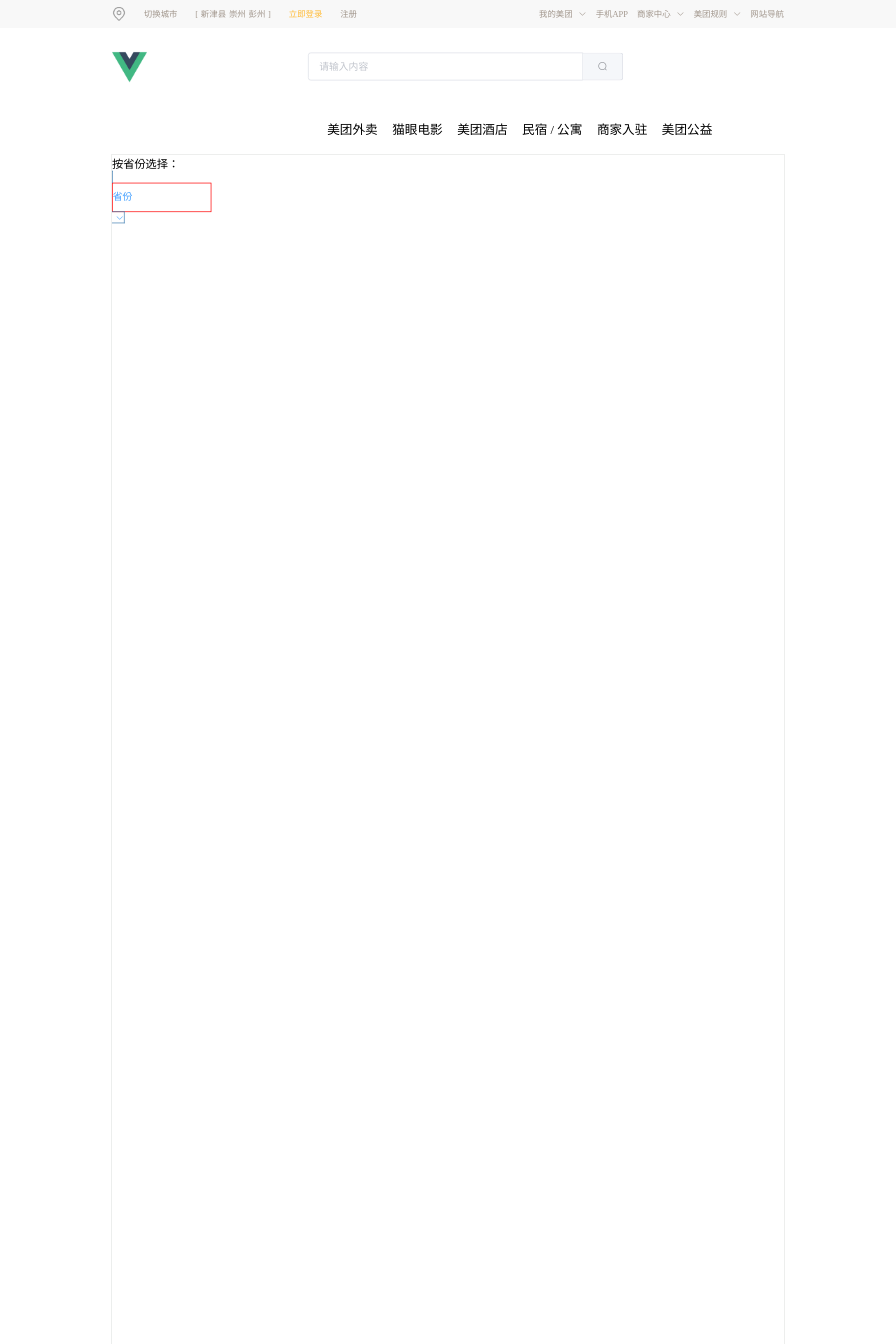
Repository: Wu-Tong-Xian/EasyMeituan
Page: /citySelection
An editor plug-in stored every save of this project. The page is shown before and after the next save, followed by the edit.
The browser window is 1280 px wide. The pictures show the part of the page from y = 0 to 1920 px (the page is 2764 px tall), at 70% of full size.
The page's requests for data from a server got no answer. The project was rebuilt for these pictures with package versions that can differ from the ones it lists, and the page was loaded fresh each time. No one was signed in, and anything a server would have sent is missing. Also part of the build but not shown: vue.config.js, src/components/home/sortingRotations.vue, src/components/home/stylish.vue, src/views/Home.vue.

Above is the page before, as saved 2020-08-25 10:27:14.

### src/main.js
import Vue from 'vue'
import App from './App.vue'
import router from './router'
import store from './store'
import api from './http/api'  //引入http 里封装的api
// 因为封装了axios 在http引入了
// import axios from 'axios'//引入axios
// Vue.prototype.$axios = axios;//把axios挂载到vue上
// import '@/iconfont/iconfont.js';/*引入iconfont图标*/

// 引入element ui
import ElementUI from 'element-ui';
import 'element-ui/lib/theme-chalk/index.css';

Vue.config.productionTip = false
Vue.prototype.$api =api    //引入封装的http 下API
Vue.use(ElementUI);

new Vue({
  router,
  store,
  render: h => h(App)
}).$mount('#app')

### src/App.vue
<template>
  <div id="app">
    <router-view/>

  </div>
</template>

<style lang="scss">
@import "./style/components";
</style>

### src/router/index.js
import Vue from 'vue'
import VueRouter from 'vue-router'
import Home from '../views/Home.vue'
import layout from '../views/layout/layout.vue'

Vue.use(VueRouter)

  const routes = [
    {
      path:'/home',
      redirect:'/'
    },
  {
    path: '/',
    name: 'layout',
    component: layout,
    children:[{
      path:'',
      name:'/home',
      component:Home,
      meta:{
        title:'首页',
      },
    },
    {
      path: '/citySelection',
      name: 'citySelection',
      component: () => import( '../views/citySelection/citySelection.vue'),
      meta:{
        title:'城市选择',
      },
    },

  ]
  },
  {
    path: '/login',
    name: 'login',
    component: () => import(/* webpackChunkName: "about" */ '../views/login/login'),
    meta:{
      title:'登录页',
    },
  },
  {
    path: '/phoneApp',
    name: 'phoneApp',
    component: () => import(/* webpackChunkName: "about" */ '../views/phoneApp/phoneApp'),
    meta:{
      title:'手机App',
    },
  },
  {
    path: '/register',
    name: 'register',
    component: () => import(/* webpackChunkName: "about" */ '../views/register/register'),
    meta:{
      title:'注册',
    },
  },
  {
    path:'*',
    component: () => import(/* webpackChunkName: "about" */ '../views/err/err'),
  }

]

const router = new VueRouter({
  mode: 'history',
  base: process.env.BASE_URL,
  routes
})


//  设置 白名单： 登陆 注册  找回密码/
// let whitePath = [ '/login','/register','/findPwd']
// // let whitePath = [ '/login']

router.beforeEach((to,from,next) =>{
//   // 通过路由源信息（meta（写在路由后 在上面））给浏览器绑定名字
  document.title =to.meta.title
//   let user =JSON.parse(localStorage.getItem('user'))
//   // 如果用户跳转的就是登录页面就让他直接去
//   // 设置了白名单 这里就可以修改为
//   if(whitePath.includes(to.path)) {
//   // if(to.path === '/login') {
    next()
//   }else {
//     // 如果有user就让他调转其他页面 否则就调转到本页面
//       user ? next() : next('/login')
//     }
})


export default router

### src/http/api.js
// import api from './http/api'  //需要在main.js 里面引入 里封装的api
// Vue.prototype.$api =api      //需要在main.js 里面引入 里封装的api

//是用来封装所有的请求
import service from "./index" //http 下面叫index的 必须省略index.js
// import { get } from "core-js/fn/dict"
// import { get } from "core-js/fn/dict"

// export default{} 里面所有的属性就是请求方法
export default {
  // 3. 分类查询(get)   /classification?mallSubId=${id}   参数:  id:默认分类的id
  getClassification(id) {
    return service.get(`/classification?mallSubId=${id}`)
  },
  // 14. 获取用户信息(post) /queryUser
  getqueryUser() {
    return service.post(`queryUser`)
  },
  // 15. 修改保存用户信息(post) //saveUser 参数: gender:性别 year:年 month:月 day:日 id:用户id nickname:昵称
  getsaveUser({    gender,    year,    month,    day,    id,    nickname
  }) {
    return service.post('saveUser', {  gender,  year,  month, day, id,  nickname
    })
  },
  // 16. 查询用户订单数量(get)  // /myOrder/orderNum
  getorderNum() {
    return service.get(`/myOrder/orderNum`)
  },
// 上面是pc 发请求get(有参数跟没参数示例) post(有参数,跟没参数)

  // ###  获取定位  ```js   http://localhost:8888/position ```
  getposition() {
    return service.get(`/position`)
  },

  // ### 获取所有省份 ```js   http://localhost:8888/province```
  getProvince() {
    return service.get(`/province`)
  },

  // ### 获取省份所有城市  http://localhost:8888/citys/省份id
  getCitys(id) {
    return service.get(`/citys?id=${id}`)
  },

  // ### 获取城市具体信息  ``` js   http://localhost:8888/crumbs?city=城市名
  getcrumbs(city) {
    return service.get(`/crumbs?city=${city}`)
  },

  // ### 省市关联   http://localhost:8888/city
  getcity() {
    return service.get(`/city`)
  },

  // ### 热门城市   http://localhost:8888/hotCity
  gethotCity() {
    return service.get(`/hotCity`)
  },
  // ### 全部分类   http://localhost:8888/menu
  getmenu() {
    return service.get(`/menu`)
  },
  // ### 热门搜索   http://localhost:8888/hotPlace?city=城市名```
  gethotPlace(city) {

    return service.get(`/hotPlace?city=${city}`)
  },

  // ### 搜索建议    http://localhost:8888/searchTop?city=城市名&input=关键词```
  getsearchTop(city,input) {
    return service.get(`/searchTop?city=${city}&input=${input}`)
  },

  // ### 根据关键词搜索  http://localhost:8888/results?city=城市名&keyword=关键词 ```
  getresults(city,keyword) {
    return service.get(`/results?city=${city}&keyword=${keyword}`)
  },

  // ### 商铺详情  http://localhost:8888/products?keyword=商铺名称&city=城市名```
  getproducts(keyword,city) {
    return service.get(`/products?keyword=${keyword}&city=${city}`)
  },
  // ### 有格调 (调关键词搜索接口)   #### 对应的tab
  // - 约会聚餐 => 美食   - 丽人spa => 丽人   - 电影演出 => 电影
  // - 品质出游 => 旅游   - 全部 => 景点    ### 登录

  // ### 登录 http://localhost:8888/users/login (post)  参数: username: 用户名 password: 密码
  postlogin( username,  password  ) {
    return service.post('/users/login', {  username,  password    })
  },

  // ### 注册  http://localhost:8888/users/register (post)参数:
  //   - username: 用户名  - password: 密码  - email: 邮箱
  postregister( username, password, email) {
    return service.post('/users/register', {  username, password, email })
  },

  // ### 需要用到的图片路径

  //s0.meituan.net/bs/fe-web-meituan/2d05c2b/img/avatar.jpg   长耳朵大脸
  //p0.meituan.net/codeman/843d7347cb20d945e4bc39b6403f0515182965.png  住酒店
  //p1.meituan.net/codeman/16442c19da1f1c4544f794e29d99c92051716.jpg  涨姿势
  //p1.meituan.net/codeman/5b21cddb4bb1cbc3a9c3bce0f726c75940469.jpg  我是商家
  //p0.meituan.net/codeman/e473bb428f070321269b23370ff02ba956209.jpg  休闲生活
  //s1.meituan.net/bs/fe-web-meituan/60ac9a0/img/download-qr.png      二维码
  //s0.meituan.net/bs/file/?f=fe-sso-fs:build/page/static/banner/www.jpg   跑动的富兰克林

  // ### 协议链接   http://www.meituan.com/about/terms

  //登录 请求示例  第一种协防
  // login(params){
  //   //所有的方法必须return
  //   return service.post('/user/login',params)
  // },

  // 实例 第二种方法  解构赋值的写法
  // login(username,password) {
  //   return service.post('./user/login',{
  //     // username:username,
  //     username,   //简写其实是上面那样的 所以实参也是username
  //     password
  //   })
  // },

  //示例 获取所有文章  平时用字符转 ，如果有参数就用模板字符串
  // allArticle(id){
  //   return service.get(`./article/allArticle?id=${id}`)
  // },
  //示例 获取所有文章 get请求两个参数的情况
  // allArticle(){
  //   return service.get(`./article/allArticle?id=${id}&num=${num}`)
  // }
  // 上面是get post 封装请求的示例 封装完之后在main.js 里引用这个文件
  //   import api from "./http/api"
  //   Vue.pprototype 的原型链上自己取一个名字 特殊一点
  //   Vue.pprototype.$api =api
}

### src/style/components.scss
/* 整理出来的css 公共样式 */

* {
  padding: 0;
  margin: 0;
}

.d-block {
  display: block;
}

// 文字居中
.t-center {
  text-align: center;
}

/* display */

.fl {
  display: flex;
}

.j-center {
  justify-content: center;
}
.font-w {
  font-weight: 700;
}
/* 两边有间距比everny大一点中间等分 */

.j-around {
  justify-content: space-around;
}

/* 左右靠边 中间等分 */

.j-between {
  justify-content: space-between;
}
.j-center
/* 两边有间距中间等分 */

.j-evenly {
  justify-content: space-evenly;
}

// 常用盒子大小
.w-1200 {
  width: 1200px;
}

.w-1000 {
  width: 1000px;
}

// 常用字体的两个颜色和大小
.colg {
    color: #A1968C;
}

.colb {
    color: #1D3447;
}

.colw {
    color: #F9F9F9;
}
.colr{
    color: red;
}

.fz12 {
  font-size: 12px;
}

.fz14 {
  font-size: 14px;
}

.fz18 {
  font-size: 18px;
}

.pd-t20 {
  padding-top: 20px;
}

.pd-t10 {
  padding-top: 10px;
}.pd-r10 {
  padding-right: 10px;
}.pd-l10 {
  padding-left: 10px;
}

.pd-tb20 {
  padding: 20px 0 20px 0;
}
.pd-lr20 {
  padding: 0 20px 0 20px;
}
.mg-lr10 {
  margin: 0 10px 0 10px;
}
// 外边距
.mg0 {
  margin: 0 auto;
}

.mg20 {
  margin: 20px;
}
.mg10 {
  margin: 10px;
}
.mg-b20 {
  margin-bottom: 20px;
}
.mg-b10 {
  margin-bottom: 10px;
}
.mg-tb20 {
  margin: 20px 0 20px 0;
}

.mg-t10 {
  margin-top: 10px;
}

.mg-tb10 {
  margin: 10px 0 10px 0;
}

.mg-l20 {
  margin-left: 20px;
}

.mg-l10 {
  margin-left: 10px;
}

.mg-t20 {
  margin-top: 20px;
}

.mg-r20 {
  margin-right: 20px;
}

.mg-r10 {
  margin-right: 10px;
}
.mg-lr20 {
  margin: 0 20px 0 20px;
}

// 桌面背景颜色
.box {
  background: #f9f9f9;
}
// 鼠标附上去改变颜色
.h-hover:hover {
  color: #FFBB36;
}
.c-hover:hover {
  color: #000;
}
// 超出部分自动换行
.fl-wrap {
  flex-wrap: wrap;
}
// 超出部分不换行  为了横向移动效果
fl-nowrap {
  flex-wrap: nowrap;
}
// 超出本分文字隐藏 用..表示
.t-none {
  white-space: nowrap;
  overflow: hidden;
  text-overflow: ellipsis;
  width: 28vm;
}
// 鼠标移过变小手
.c-pointer {
  cursor: pointer;
}

.t-l{
  text-decoration:line-through
}
//  在顶部盒子取一个类名 吸顶效果
.ceiling {
  position:fixed;
  width:100%;
  z-index:999;
  background: #ededed;
}
// 下滑线
.t-u{
  text-decoration:underline
}
// 删除线
.t-l{
  text-decoration:line-through
}// 上滑线
.t-o{
  text-decoration:overline
}
.p-r{
  position: relative;
}
.mg-t2{
  margin-top:2px;
}
.mg-lr3 {
  margin: 0 3px 0 3px;
}

### src/views/layout/layout.vue
<template>
  <div class="m0">
    <!--头部公共-->
    <div class="head1">
      <div class="w960 fl j-between fz12 colg c-pointer">
        <!--头部左边-->
        <div class="fl left-head1 j-between">
          <div @click="open1" class="fl">
            <img class="position1" src="../../assets/position1.png" alt />
            <div>{{city}}</div>
          </div>
          <div @click="citySelection" class="h-hover">切换城市</div>
          <div @click="open" class="fl">
            <div>[</div>
            <div class="mg-lr4 h-hover">新津县</div>
            <div class="h-hover">崇州</div>
            <div class="mg-lr4 h-hover">彭州</div>
            <div>]</div>
          </div>
          <div @click="gologin" class="h-hover ys">立即登录</div>
          <div @click="goregister" class="h-hover">注册</div>
        </div>
        <!--头部又边-->
        <div class="fl p-r j-between left-head1">
          <!-- 下拉菜单 -->
          <el-dropdown size="mini">
            <span class="el-dropdown-link h-hover colg fz12">
              我的美团
              <i class="el-icon-arrow-down el-icon--right"></i>
            </span>
            <el-dropdown-menu slot="dropdown">
              <el-dropdown-item>我的订单</el-dropdown-item>
              <el-dropdown-item>我的收藏</el-dropdown-item>
              <el-dropdown-item>抵用卷</el-dropdown-item>
              <el-dropdown-item>账户设置</el-dropdown-item>
            </el-dropdown-menu>
          </el-dropdown>

          <div @click="gophoneApp" class="h-hover">手机APP</div>
          <!-- 下拉菜单 -->
          <el-dropdown size="mini">
            <span class="el-dropdown-link h-hover colg fz12">
              商家中心
              <i class="el-icon-arrow-down el-icon--right"></i>
            </span>
            <el-dropdown-menu slot="dropdown">
              <el-dropdown-item>美团商饮餐户</el-dropdown-item>
              <el-dropdown-item>登录商家中心</el-dropdown-item>
              <el-dropdown-item>美团只能收银</el-dropdown-item>
              <el-dropdown-item>我想合作</el-dropdown-item>
              <el-dropdown-item>手机免费开店</el-dropdown-item>
              <el-dropdown-item>餐饮代理商招募</el-dropdown-item>
              <el-dropdown-item>商家免费开票</el-dropdown-item>
              <el-dropdown-item>免费合作美团合作</el-dropdown-item>
            </el-dropdown-menu>
          </el-dropdown>
          <!-- 下拉菜单 -->
          <el-dropdown size="mini">
            <span class="el-dropdown-link h-hover colg fz12">
              美团规则
              <i class="el-icon-arrow-down el-icon--right"></i>
            </span>
            <el-dropdown-menu slot="dropdown">
              <el-dropdown-item>美团中心</el-dropdown-item>
              <el-dropdown-item>美团规则</el-dropdown-item>
              <el-dropdown-item>美团评议员</el-dropdown-item>
            </el-dropdown-menu>
          </el-dropdown>
          <div class="h-hover nav fl">
            <div>网站导航</div>
            <div class="navigation">
              <div class="fl j-around">
                <div class="fz14 colg">
                  <div class="colb t-center">酒店旅游</div>
                  <div class="fl">
                    <div class="box1">
                      <div>国际机票</div>
                      <div>经济型酒店</div>
                      <div>公寓</div>
                      <div>青年旅舍</div>
                      <div>农家院</div>
                    </div>
                    <div class="box1 mg-lr20">
                      <div>火车站</div>
                      <div>主体酒店</div>
                      <div>豪华酒店</div>
                      <div>度假酒店</div>
                    </div>
                    <div class="box1">
                      <div>民宿</div>
                      <div>商务酒店</div>
                      <div>客栈</div>
                      <div>别墅</div>
                    </div>
                  </div>
                </div>

                <div class="fz14 colg">
                  <div class="colb t-center">吃美食</div>
                  <div class="fl">
                    <div class="box1 mg-r20">
                      <div>烤鱼</div>
                      <div>烧烤</div>
                      <div>火锅</div>
                    </div>
                    <div class="box1">
                      <div>特色</div>
                      <div>自助小吃</div>
                      <div>代金卷</div>
                    </div>
                  </div>
                </div>

                <div class="fz14 colg">
                  <div class="colb t-center">看电影</div>
                  <div class="box1">
                    <div>热映电影</div>
                    <div>热门电影</div>
                    <div>热映电影口碑榜</div>
                    <div>最受期待电影</div>
                    <div>国内票行榜</div>
                    <div>欧美票行榜</div>
                    <div>电影排行榜</div>
                  </div>
                </div>

                <div class="fz14 colg">
                  <div class="colb t-center">手机应用</div>
                  <div class="box1">
                    <div>
                      <img src="../../assets/mei1.png" alt />
                    </div>
                    <div>
                      <img src="../../assets/mei2.png" alt />
                    </div>
                  </div>
                </div>
              </div>
            </div>
          </div>
        </div>
        <!-- 网站导航 鼠标移入的样式 -->
      </div>
    </div>
    <!--logo 搜索公共部分-->
    <div class="search-box">
      <div class="w9601">
        <div class="fl j-between">
          <img class="logo" src="../../assets/logo.png" alt />
          <div class="input-box j-between p-r">
            <el-input
              @input="search1"
              @focus="focus"
              @blur="blur"
              placeholder="请输入内容"
              v-model="keyword"
              class="input-with-select"
            >
              <el-button slot="append" icon="el-icon-search"></el-button>
            </el-input>

            <div v-if="flag === true" class="fl history j-between">
              <div class="mg-l20">搜索历史</div>
              <div @click="a11" class="mg-r20">删除历史记录</div>
            </div>
            <div v-if="keyword !== ''" class="name-box">
              <div v-for="(item,index) in searchList" :key="index">
                <div @click="detail(item)" v-if="index < 11" class="name1 mg-l10">{{item.name}}</div>
              </div>
            </div>
          </div>
          <div></div>
        </div>
        <div class="fl j-around">
          <div></div>
          <div class="fl bottom-box j-between">
            <div>美团外卖</div>
            <div>猫眼电影</div>
            <div>美团酒店</div>
            <div>民宿 / 公寓</div>
            <div>商家入驻</div>
            <div>美团公益</div>
          </div>
        </div>
      </div>
    </div>
    <router-view></router-view>
    <div class="dbl-box1">
      <div class="dbl-box">
        <img class="dbl c-pointer" src="../../assets/底部栏.png" alt />
      </div>
    </div>
  </div>
</template>

<script>
export default {
  name: "",
  props: {},
  components: {},
  data() {
    return {
      flag: false,
      keyword: "",
      city: "",
      searchList: [], //搜索列表
      searchTopList: [], //搜索建议
    };
  },
  methods: {
    a11() {
      console.log(111);
    },
    focus() {
      this.flag = true;
      console.log(this.flag);
    },
    blur() {
      // setTimeout(function() {
      this.flag = false;
      // }, 5000);
    },
    detail(item) {
      this.$message("你点你爹呢,瓜皮,");
    },

    // 搜索建议
    search1() {
      if (this.keyword !== "") {
        this.$api
          .getresults(this.city, this.keyword)
          .then((res) => {
            console.log(res);
            this.searchList = res.data.pois;
          })
          .catch((err) => {
            console.log(err);
          });
        // 搜索关键字  因为这里传城市 跟关键字 不处理就是成都市 我只要成都
        //  this.city.slice(2,3);
        // console.log(this.city);
        // this.$api
        //   .getsearchTop(this.city, this.keyword)
        //   .then((res) => {
        //     console.log(res);
        //     this.searchTopList = res.data.pois;
        //   })
        //   .catch((err) => {
        //     console.log(err);
        //   });
      }
    },
    gophoneApp() {
      this.$router.push("phoneApp");
    },
    gologin() {
      this.$router.push("login");
    },
    goregister() {
      this.$router.push("register");
    },
    open() {
      this.$message("想太多,这里只是装饰");
    },
    open1() {
      this.$message("请点击又边的切换城市");
    },
    getpotions() {
      this.$api
        .getposition()
        .then((res) => {
          console.log(res);
          this.city = JSON.parse(res.data).city;
        })
        .catch((err) => {
          console.log(err);
        });
    },
    citySelection() {
      this.$router.push("citySelection");
    },
  },
  mounted() {
    this.getpotions();
  },
  watch: {},
  computed: {},
};
</script>

<style scoped lang='scss'>
// 头部样式
.head1 {
  width: 100%;
  height: 40px;
  background: #f8f8f8;
}
.w960 {
  margin: 0 auto;
  width: 960px;
  height: 40px;
  line-height: 40px;
}
.position1 {
  width: 20px;
  height: 20px;
  margin-top: 10px;
}

.left-head1 {
  width: 350px;
}
.mg-lr4 {
  margin: 0 4px 0 4px;
}
.ys {
  color: #ffbb36;
}
.el-dropdown-item {
  color: #ffbb36;
}
.nav:hover {
  background: #ffffff;
  .navigation {
    display: block;
  }
}
.navigation {
  position: absolute;
  left: -174.4%;
  top: 100%;
  width: 960px;
  height: 320px;
  background: #ffffff;
  display: none;
  z-index: 11;
}
.box1 {
  margin-top: 20px;
  line-height: 35px;
  text-align: center;
}
// 搜索盒子样式
.search-box {
  width: 100%;
  height: 180px;
  background: #ffffff;
}
.w9601 {
  margin: 0 auto;
  width: 960px;
  height: 180px;
  line-height: 110px;
}
.logo {
  margin-top: 31px;
  height: 50px;
}
.input-box {
  width: 450px;
}
.history {
  box-shadow: 0 0 5px rgb(32, 29, 29);
  width: 391px;
  height: 105px;
  background: #ffffff;
  color: #201d1d;
  font-size: 16px;
  line-height: 25px;
  position: absolute;
  top: 77px;
  border-radius: 5px;
}
.name-box {
  box-shadow: 0 0 5px rgb(32, 29, 29);
  width: 391px;
  height: 256px;
  background: #ffffff;
  color: #807878;
  font-size: 14px;
  position: absolute;
  top: 77px;
}
.name1 {
  line-height: 26px;
}
.bottom-box {
  font-size: 18px;
  width: 550px;
  line-height: 70px;
}
.dbl-box1 {
  width: 100%;
  background: #f8f8f8;
}
.dbl-box {
  margin: 0 auto;
  width: 960px;
  background: #f8f8f8;
}

.dbl {
  margin: 0 auto;
  width: 960px;
}
</style>

### src/views/citySelection/citySelection.vue
<template>
<div>
  <div class="w960">
    <div>
      <div>按省份选择：</div>
      <el-row class="block-col-2">

        <el-col :span="12">

          <el-dropdown trigger="click">
            <span class="el-dropdown-link">
              <div class="sf">省份</div>
              <i class="el-icon-arrow-down el-icon--right"></i>
            </span>
            <el-dropdown-menu slot="dropdown">
              <div v-for='item in province' :key="item.id">
                <div>{{item.name}}</div>
              </div>
            </el-dropdown-menu>
          </el-dropdown>
        </el-col>
      </el-row>
    </div>
  </div>
</div>
</template>

<script>
export default {
  name: "",
  props: {},
  components: {},
  data() {
    return {
      province: [],
    };
  },
  methods: {
    getProvince() {
      this.$api
        .getProvince()
        .then((res) => {
          console.log(res);
          this.province = res.data.province;
        })
        .catch((err) => {
          console.log(err);
        });
    },
  },
  mounted() {
    this.getProvince();
  },
  watch: {},
  computed: {},
};
</script>

<style lang="scss" scoped>
.w960 {
  width: 960px;
  height: 2000px;
  margin: 0 auto;
  background: white;
  border: 1px solid rgb(229, 231, 230);
}

.sf {
  width: 140px;
  height: 40px;
  line-height: 40px;
  border: 1px solid red;
}

.el-dropdown-link {
  cursor: pointer;
  color: #409EFF;
  border: 1px solid steelblue;
}

.el-icon-arrow-down {
  font-size: 12px;
}

.demonstration {

  display: block;
  color: #8492a6;
  font-size: 14px;
  margin-bottom: 20px;
}
</style>

### src/http/index.js
// http 专门用来发送请求
// 如果下面的文件叫index  可以不用引导index.js 只用到http
// 封装axios

import axios from 'axios'

//创建axios的实例    const service =axios.create(创造的意思) 是一个对象
const service =axios.create({
  // 请求的基础路径 如果配置了基础路径 在实际发请求的时候可以省略
  baseURL:'/api',
  // 超时时间配置 毫秒为单位：timeout
  timeout:10000   //如果发送请求超过10S就会请求失败
})



//相应拦截   固定写法
service.interceptors.response.use(res =>{
  return res.data   //之前都是res.data.data  现在就可以少些一层data
})
//export default(默认导出)
export default service

Loaded but not shown: public/index.html (common file); src/store/index.js (common file)

After the next save:
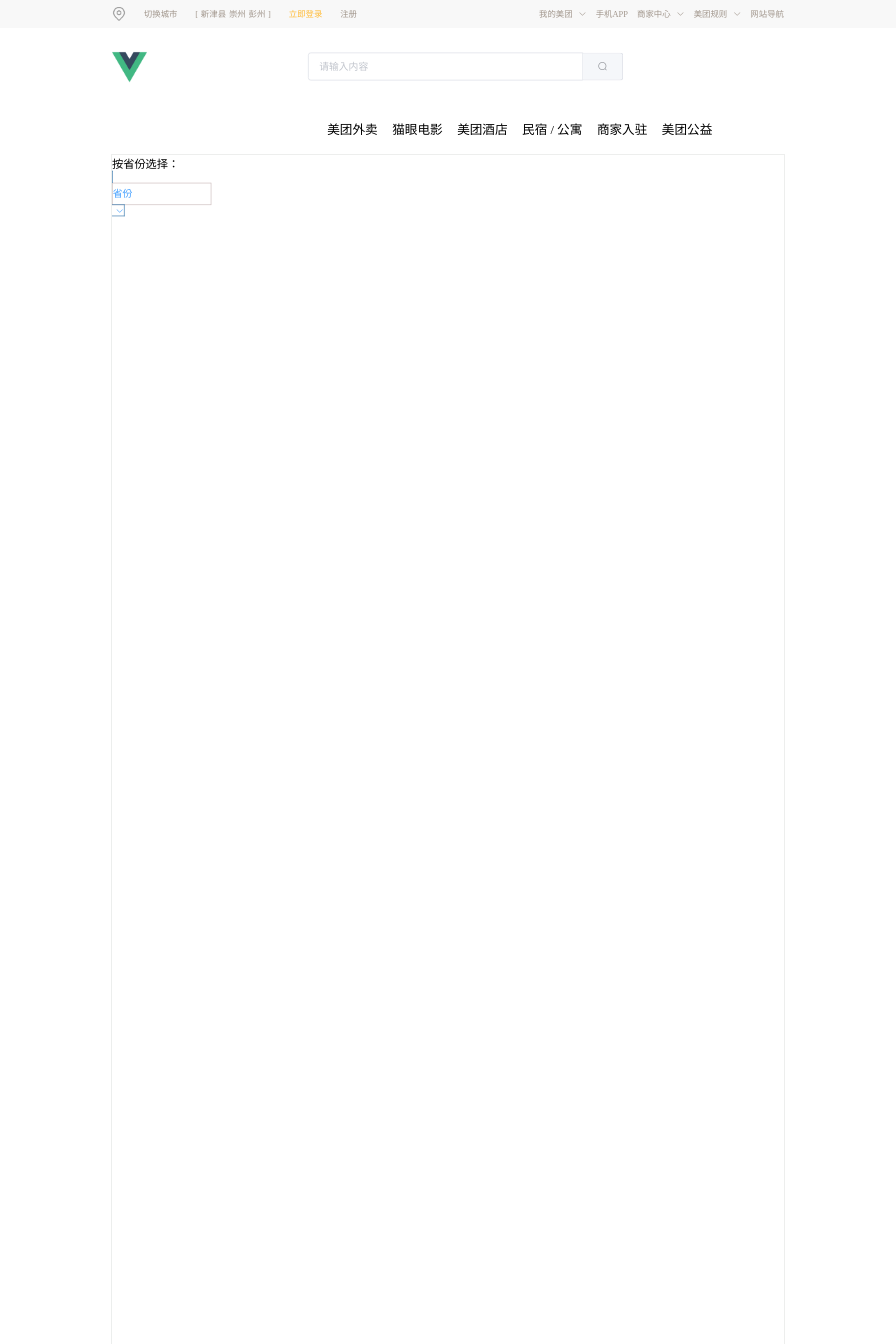
Saved 9 s later.
--- a/src/views/citySelection/citySelection.vue
+++ b/src/views/citySelection/citySelection.vue
@@ -67,9 +67,9 @@
 
 .sf {
   width: 140px;
-  height: 40px;
-  line-height: 40px;
-  border: 1px solid red;
+  height: 30px;
+  line-height: 30px;
+  border: 1px solid rgb(207, 193, 193);
 }
 
 .el-dropdown-link {
